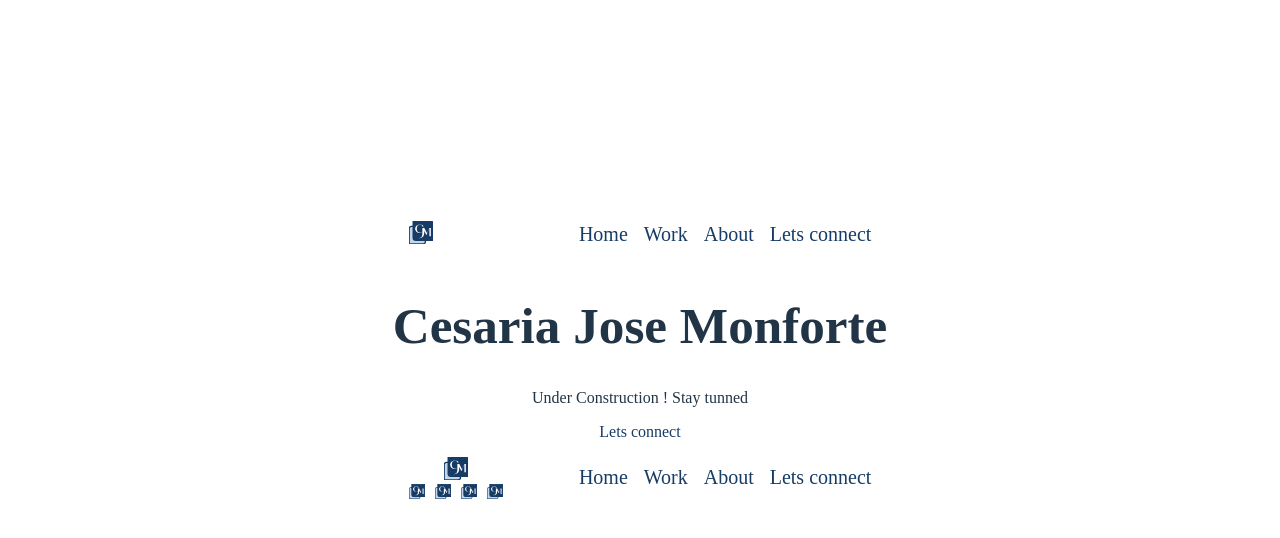
Repository: CesariaMonforte/cesariamonforte
Page: /
An editor plug-in stored every save of this project. The page is shown before and after the next save, followed by the edit.
The browser window is 1280 px wide. The pictures show the whole page.
The project was rebuilt for these pictures with package versions that can differ from the ones it lists, and the page was loaded fresh each time. Also part of the build but not shown: vite.config.js.

Above is the page before, as saved 2026-01-25 11:01:35.

### index.html
<!doctype html>
<html lang="en">
  <head>
    <meta charset="UTF-8" />
    <link rel="icon" type="image/svg+xml" href="/Logo.svg" />
    <meta name="viewport" content="width=device-width, initial-scale=1.0" />
    <title>cesariamonforte</title>
  </head>
  <body>
    <div id="root"></div>
    <script type="module" src="/src/main.jsx"></script>
  </body>
</html>

### src/index.css


a {
    font-weight: 500;
    color:  #163C66;
    text-decoration: inherit;
}
a:hover {
    color: #535bf2;
}

body {
    margin: 0;
    display: flex;
    place-items: center;
    min-width: 320px;
    min-height: 100vh;
}

h1 {
    font-size: 3.2em;
    line-height: 1.1;
}

button {
    border-radius: 8px;
    border: 1px solid transparent;
    padding: 0.6em 1.2em;
    font-size: 1em;
    font-weight: 500;
    font-family: inherit;
    background-color: #1a1a1a;
    cursor: pointer;
    transition: border-color 0.25s;
}
button:hover {
    border-color: #646cff;
}
button:focus,
button:focus-visible {
    outline: 4px auto -webkit-focus-ring-color;
}

@media (prefers-color-scheme: light) {
    :root {
        color: #213547;
        background-color: #ffffff;
    }
    a:hover {
        color: #747bff;
    }
    button {
        background-color: #f9f9f9;
    }
}


/* ------------------------------------------------------ VARIABLES ------------------------------------------------------ */
:root {
    /* ----- COLORS ----- */
    --primary-50: #EBF4FE;
    --primary-100: #C0DDFB;
    --primary-200: #A2CCF9;
    --primary-300: #78B5F7;
    --primary-400: #5DA6F5;
    --primary-500: #3590F3;
    --primary-600: #3083DD;
    --primary-700: #2666AD;
    --primary-800: #1D4F86;
    --primary-900: #163C66;

    --secondary-500: #aadc66;
    --secondary-100: #e5f4d0;
    --secondary-700: #799c48;
    /* -- neutral colors -- */

    --bege-500: #fdf7eb;
    --white: #ffffff;
    --black-500: #060606;
    --black-400: #383838;
    --black-300: #585858;
    --black-200: #8c8c8c;
    --black-100: #b2b2b2;
    --black-50: #e6e6e6;

    /* -- warn colors -- */

    --yellow-500: #ffbf00;
    --orange-500: #ff6600;
    --red-500: #ff2f3d;

    /* ----- TYPE ----- */
    --font-family: "Bricolage Grotesque", sans-serif;

    --font-size-extra-large: 88px;
    --font-size-large: 30px;
    --font-size-extra-medium: 24px;
    --font-size-medium: 20px;
    --font-size-regular: 16px;
    --font-size-small: 12px;
    --font-size-extra-small: 10px;

    --font-style-normal: normal;
    --font-weight-bold: bold;

    --line-height-xxlarge: 100px;
    --line-height-large: 36px;
    --line-height-medium: 28px;
    --line-height-small: 20px;

    /* ----- SPACING ----- */
    --space-extra-small: 4px;
    --space-small: 8px;
    --space-regular: 16px;
    --space-medium: 32px;
    --space-large: 48px;
    --space-extra-large: 140px;
}

### src/App.jsx
import { useState } from "react";
import "./App.css";

import NavBar from "./_ui/NavBar/NavBar";
import Footer from "./_ui/Footer/Footer";

function App() {
    return (
        <>
            <NavBar />

            <div>
                <h1>Cesaria Jose Monforte</h1>
                <p>Under Construction ! Stay tunned</p>
            </div>

            <a
                href='https://www.linkedin.com/in/cesariamonforte/'
                target='_blank'
                rel='noopener noreferrer'>
                Lets connect
            </a>

            <Footer />
        </>
    );
}

export default App;

### src/_ui/NavBar/NavBar.jsx
import styles from "./NavBar.module.css";

function NavBar({
}) {

    return (
        <div className={styles.navbar}>

            <div >
            <img src="/Logo.svg" alt="logo" className={styles.logo}/>
            </div>

            <div className={styles.navLinks}>
                <a href="/">Home</a>
                <a href="/">Work</a>
                <a href="/">About</a>
                <div>
                Lets connect
                </div>
            </div>

        </div>

    );
}
export default NavBar;

### src/_ui/Footer/Footer.jsx
import styles from "./Footer.module.css";

function Footer({}) {
    return (
        <div className={styles.navbar}>
            <div>
                <img
                    src='/Logo.svg'
                    alt='logo'
                    className={styles.logo}
                />
                <div className={styles.connection_links}>
                    <img
                        src='/Logo.svg'
                        alt='logo'
                        className={styles.connection}
                    />
                    <img
                        src='/Logo.svg'
                        alt='logo'
                        className={styles.connection}
                    />
                    <img
                        src='/Logo.svg'
                        alt='logo'
                        className={styles.connection}
                    />
                    <img
                        src='/Logo.svg'
                        alt='logo'
                        className={styles.connection}
                    />
                </div>
            </div>

            <div className={styles.navLinks}>
                <a href='/'>Home</a>
                <a href='/'>Work</a>
                <a href='/'>About</a>
                <div>Lets connect</div>
            </div>
        </div>
    );
}
export default Footer;

### src/_ui/NavBar/NavBar.module.css
/* Extra small devices  */
@media (min-width: 200px) {
    .navbar {
        display: flex;
        flex-direction: row;
        justify-content: space-between;
        align-items: center;
        padding: 1rem;
        background-color: var(--white);
    }
    .navLinks {
        display: flex;
        flex-direction: row;
        justify-content: space-between;
        align-items: center;
        color: var(--primary-900);
        gap: 1rem;
        font-size: var(--font-size-extra-small);
    }
    .logo {
        width: 24px;
        height: auto;
    }
}

/* Regular iphone and tablet */

@media (min-width: 600px) {
    .navbar {
        display: flex;
        flex-direction: row;
        justify-content: space-between;
        align-items: center;
        padding: 1rem;
        background-color: var(--white);
    }
    .navLinks {
        display: flex;
        flex-direction: row;
        justify-content: space-between;
        align-items: center;
        color: var(--primary-900);
        gap: 1rem;
        font-size: var(--font-size-small);
    }
    .logo {
        width: 24px;
        height: auto;
    }
}

/* Laptops Desktop Devices */
@media (min-width: 900px) {
    .navbar {
        display: flex;
        flex-direction: row;
        justify-content: space-between;
        align-items: center;
        padding: 1rem;
        background-color: var(--white);
    }
    .navLinks {
        display: flex;
        flex-direction: row;
        justify-content: space-between;
        align-items: center;
        color: var(--primary-900);
        gap: 1rem;
        font-size: var(--font-size-medium);
    }
    .logo {
        width: 24px;
        height: auto;
    }
}

/* Extra large Desktop Devices */
@media (min-width: 1300) {
    .navbar {
        display: flex;
        flex-direction: row;
        justify-content: space-between;
        align-items: center;
        padding: 1rem;
        background-color: var(--white);
    }
    .navLinks {
        display: flex;
        flex-direction: row;
        justify-content: space-between;
        align-items: center;
        color: var(--primary-900);
        gap: 1rem;
        font-size: var(--font-size-medium);
    }
    .logo {
        width: 24px;
        height: auto;
    }
}

### src/_ui/Footer/Footer.module.css
/* Extra small devices  */
@media (min-width: 200px) {
    .navbar {
        display: flex;
        flex-direction: row;
        justify-content: space-between;
        align-items: center;
        padding: 1rem;
        background-color: var(--white);
    }
    .navLinks {
        display: flex;
        flex-direction: row;
        justify-content: space-between;
        align-items: center;
        color: var(--primary-900);
        gap: 1rem;
        font-size: var(--font-size-extra-small);
    }
    .logo {
        width: 24px;
        height: auto;
    }

    .connection_links {
        display: flex;
        flex-direction: row;
        gap: var(--font-size-extra-small);
    }
    .connection {
        width: 16px;
        height: auto;
    }
}

/* Regular iphone and tablet */

@media (min-width: 600px) {
    .navbar {
        display: flex;
        flex-direction: row;
        justify-content: space-between;
        align-items: center;
        padding: 1rem;
        background-color: var(--white);
    }
    .navLinks {
        display: flex;
        flex-direction: row;
        justify-content: space-between;
        align-items: center;
        color: var(--primary-900);
        gap: 1rem;
        font-size: var(--font-size-small);
    }
    .logo {
        width: 24px;
        height: auto;
    }
}

/* Laptops Desktop Devices */
@media (min-width: 900px) {
    .navbar {
        display: flex;
        flex-direction: row;
        justify-content: space-between;
        align-items: center;
        padding: 1rem;
        background-color: var(--white);
    }
    .navLinks {
        display: flex;
        flex-direction: row;
        justify-content: space-between;
        align-items: center;
        color: var(--primary-900);
        gap: 1rem;
        font-size: var(--font-size-medium);
    }
    .logo {
        width: 24px;
        height: auto;
    }
}

/* Extra large Desktop Devices */
@media (min-width: 1300) {
    .navbar {
        display: flex;
        flex-direction: row;
        justify-content: space-between;
        align-items: center;
        padding: 1rem;
        background-color: var(--white);
    }
    .navLinks {
        display: flex;
        flex-direction: row;
        justify-content: space-between;
        align-items: center;
        color: var(--primary-900);
        gap: 1rem;
        font-size: var(--font-size-medium);
    }
    .logo {
        width: 24px;
        height: auto;
    }
}

Loaded but not shown: src/main.jsx (common file); src/App.css (common file)

After the next save:
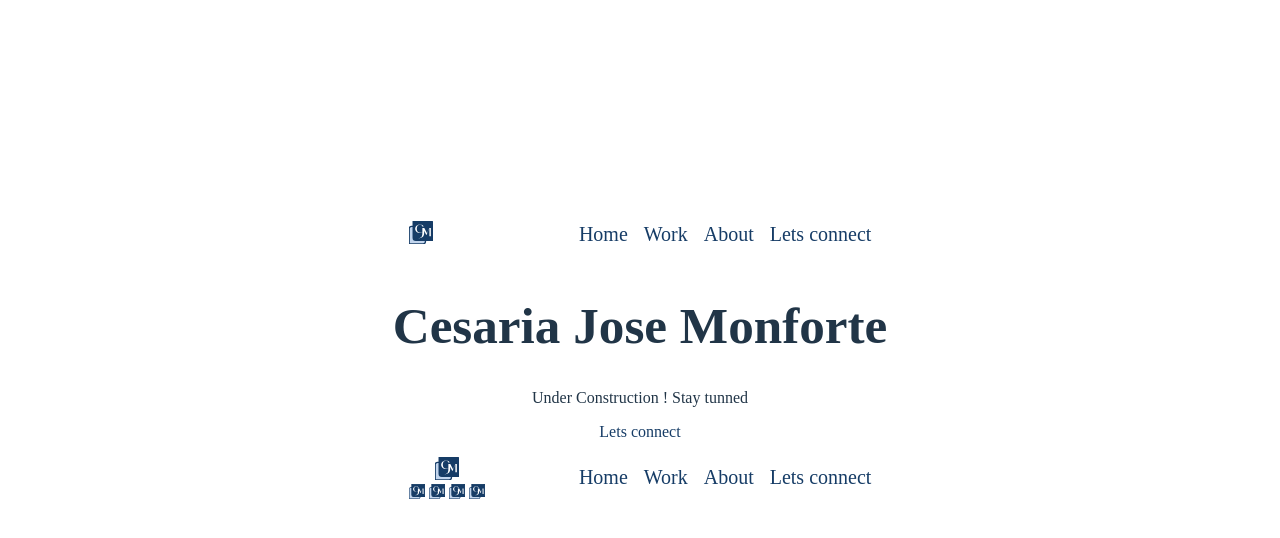
Saved 17 s later.
--- a/src/_ui/Footer/Footer.module.css
+++ b/src/_ui/Footer/Footer.module.css
@@ -25,7 +25,7 @@
     .connection_links {
         display: flex;
         flex-direction: row;
-        gap: var(--font-size-extra-small);
+        gap: var(--space-extra-small);
     }
     .connection {
         width: 16px;
